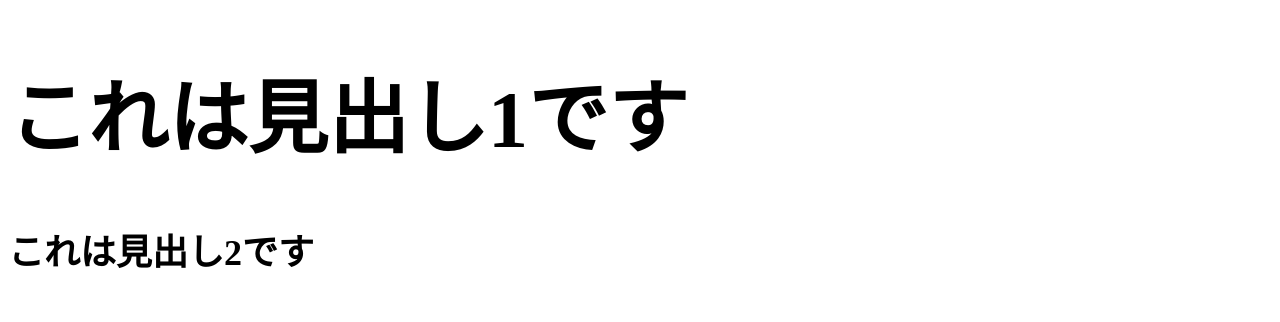
Repository: KustomApe/BlackRabbitTV
Page: 001_HTML/index.html
An editor plug-in stored every save of this project. The page is shown before and after the next save, followed by the edit.
The browser window is 1280 px wide. The pictures show the whole page.

Above is the page before, as saved 2023-11-13 12:08:08.

### 001_HTML/index.html
<!DOCTYPE html>
<!-- Docutment TypeはHTMLです -->
<html lang="ja">
<!-- このHTMLファイルで主に使う言語はJapaneseです -->
<head><!-- 開始タグ -->
    <!-- インデント -->
    <meta charset="UTF-8">
    <meta name="viewport" content="width=device-width, initial-scale=1.0">
    <title>BlackRabbitTV</title>
    <link rel="stylesheet" href="./style.css">
    <style>
        body {
            font-size: 1.5rem;
        }
    </style>
</head><!-- 終了タグ -->
<body>
    <!-- HTML5 -->
    <!-- 見出し = Heading1, Heading2, Heading3 -->
    <h1>これは見出し1です</h1>
    <h2>これは見出し2です</h2>
</body>
</html>

### 001_HTML/style.css
@charset "utf-8";

h1 {
    font-size: 5rem;
}

After the next save:
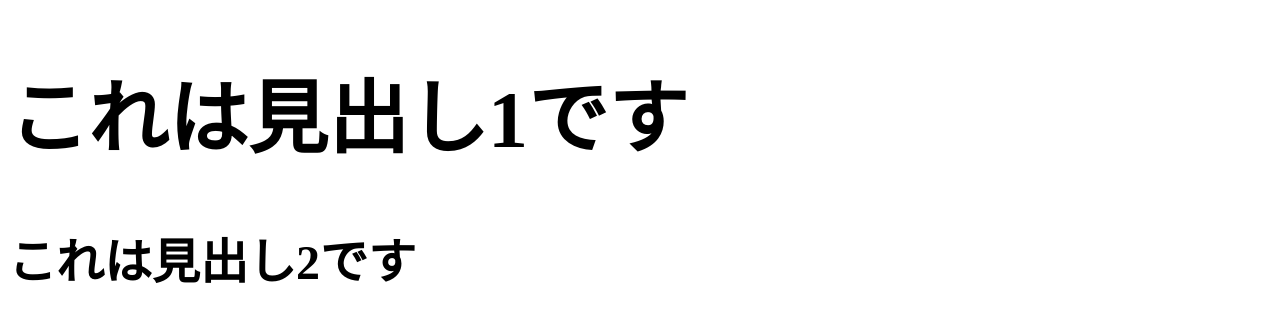
Saved 11 s later.
--- a/001_HTML/style.css
+++ b/001_HTML/style.css
@@ -3,3 +3,7 @@
 h1 {
     font-size: 5rem;
 }
+
+h2 {
+    font-size: 3rem;
+}
